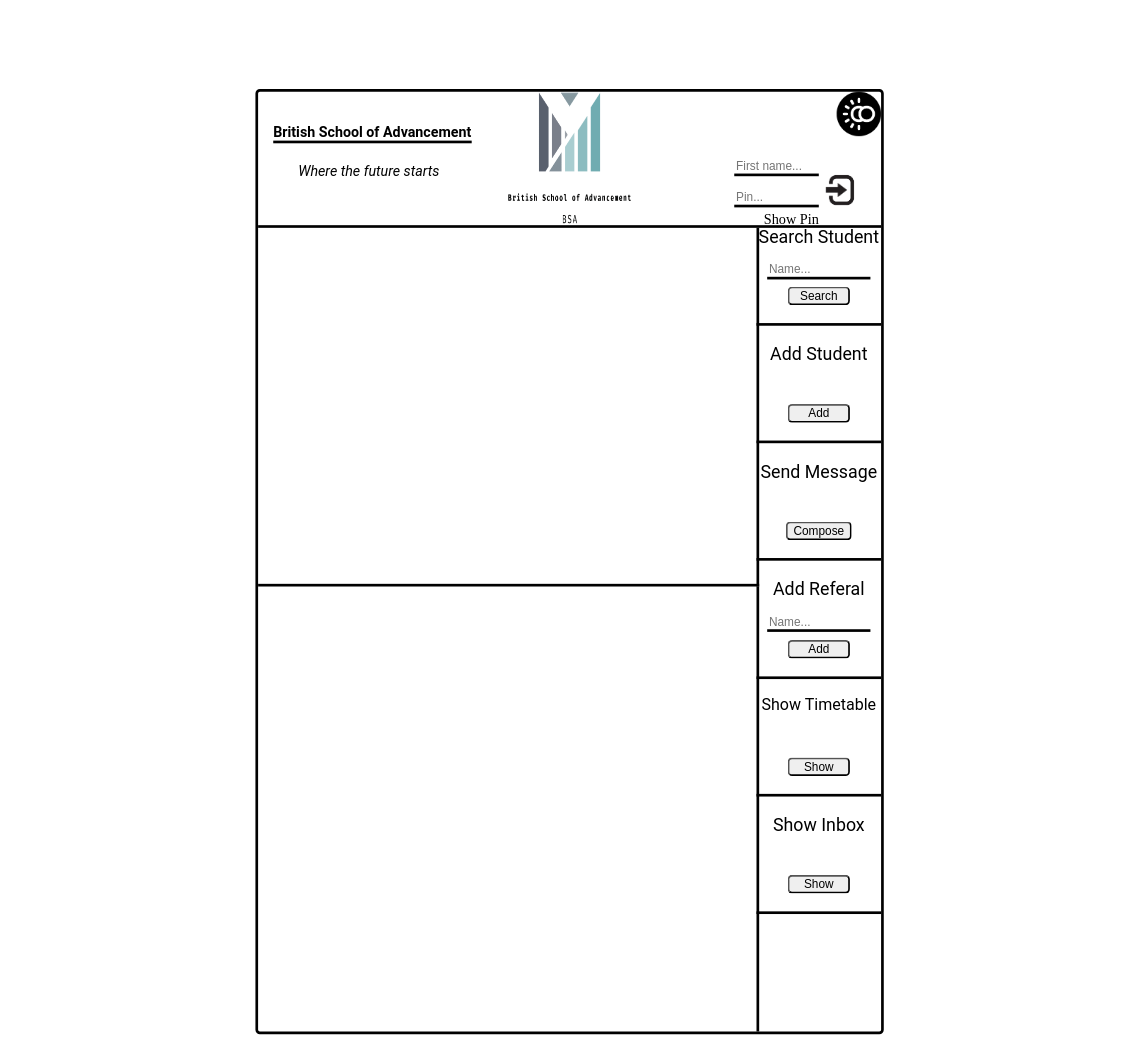
Repository: ghend99/Guardian-Application
Page: index.html
The author's editor kept a copy of each file at every save. The page is drawn from the files as they stood at one save, then again after the next save.
The browser window is 1280 px wide. The pictures show the whole page, at 89% of full size.

Above is the page before, as saved 2023-06-06 16:57:12.

After the next save:
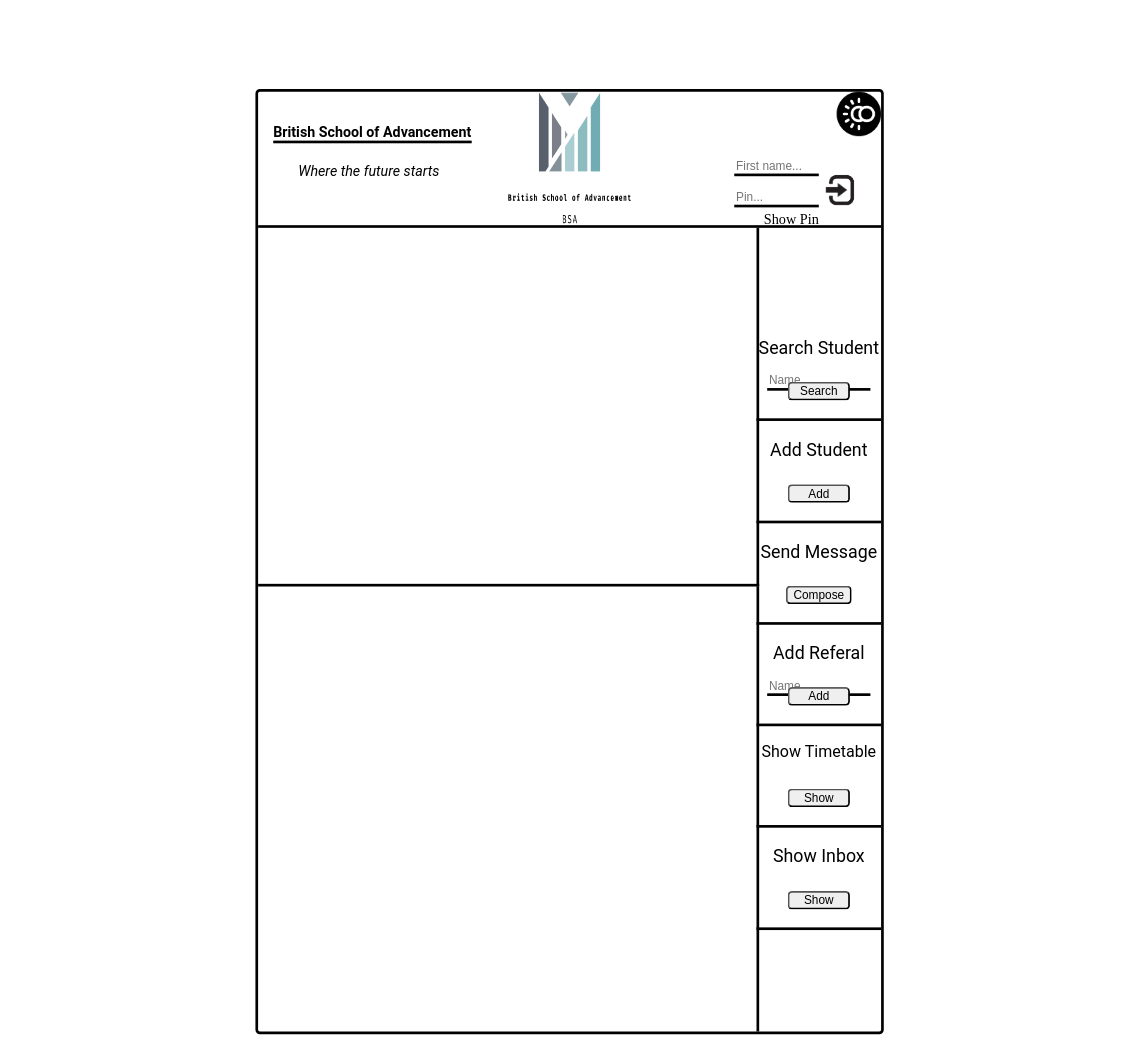
Saved 24 s later.
--- a/style.css
+++ b/style.css
@@ -137,7 +137,7 @@ button {
   max-width: 30%;
   min-width: 20%;
   max-height: 1000px;
-  min-height: 925px;
+  min-height: 800px;
 }
 
 #sidebar-link-container1 {
